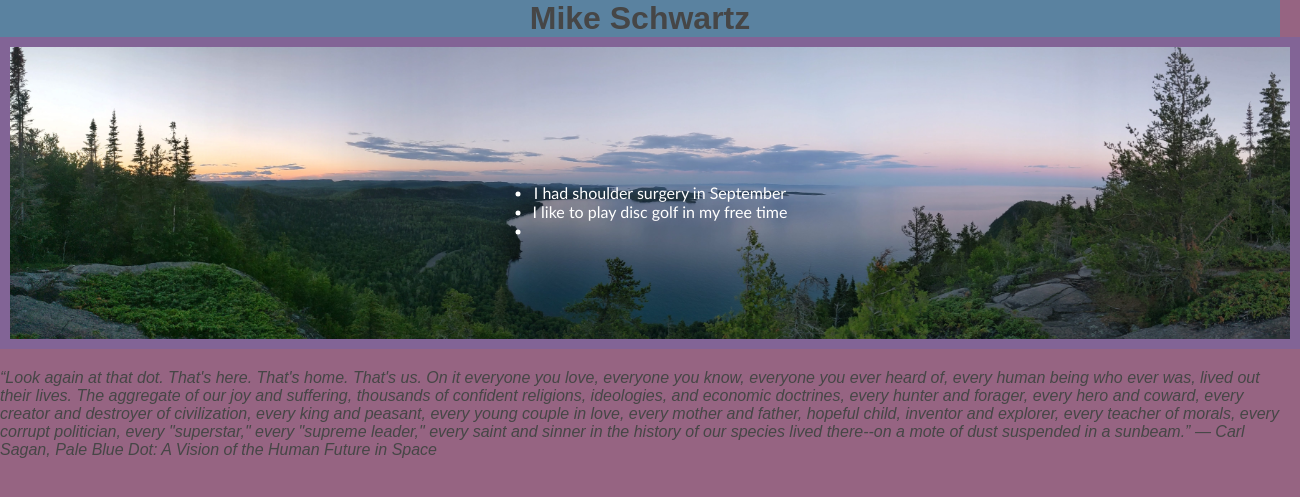
Repository: Ellusionism/prime-pw-week-1-assignment
Page: assignment/index.html
The author's editor kept a copy of each file at every save. The page is drawn from the files as they stood at one save, then again after the next save.
The browser window is 1280 px wide. The page is 1300 px wide, then 1287 px, so the pictures cover 1300 px, including what lies to the right of the window. The pictures show the whole page.

Above is the page before, as saved 2022-10-26 16:08:12.

After the next save:
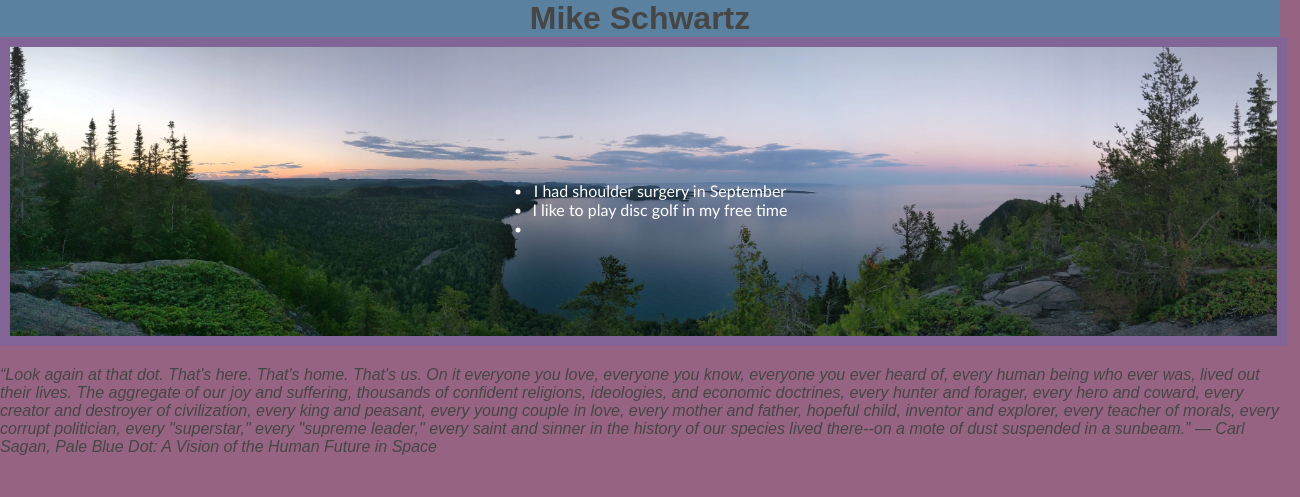
Saved 5 s later.
--- a/assignment/style.css
+++ b/assignment/style.css
@@ -26,7 +26,7 @@ header {
  display: inline;
  margin: auto;
  max-height: 100%;
- max-width: 100%;
+ max-width: 99%;
 }
 /* Change the font-family of your list */
 .fun-facts {
